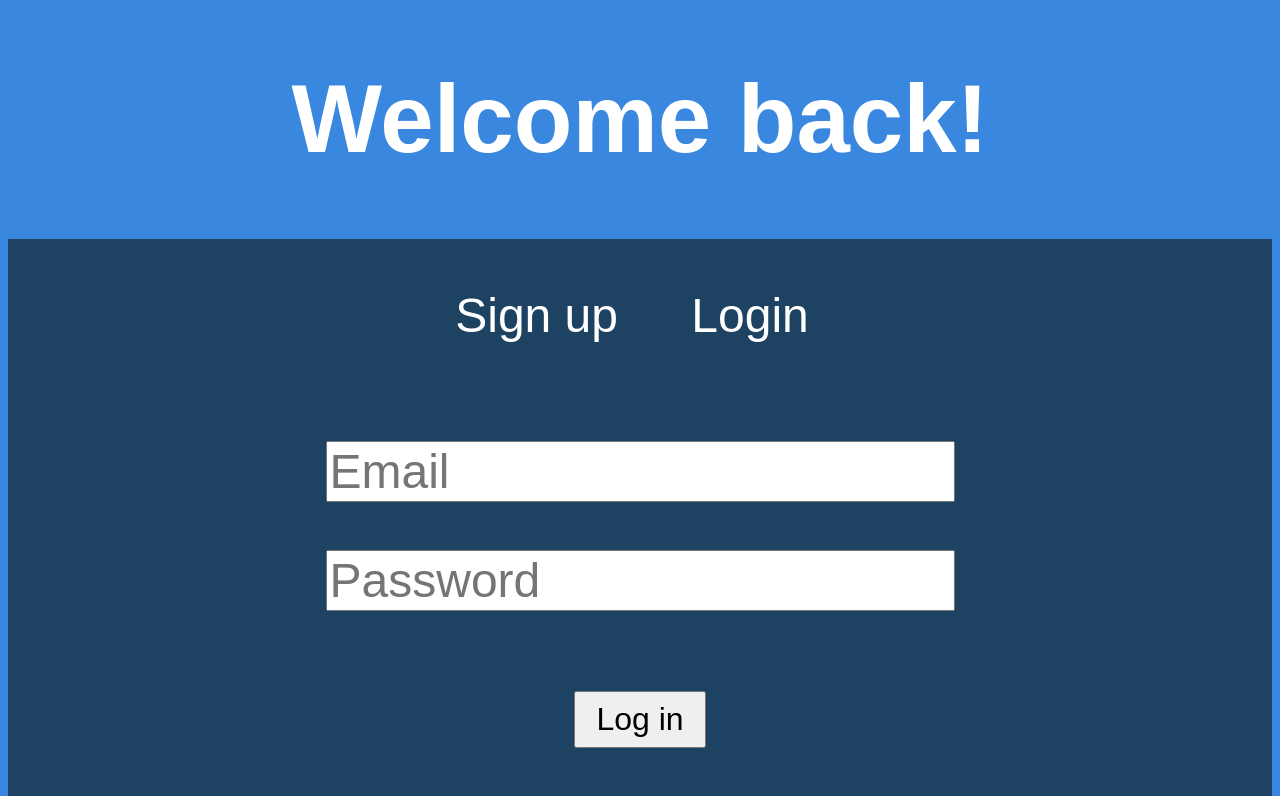
Repository: NicolasssCarlos/basic-flask-login
Page: http://localhost/
An editor plug-in stored every save of this project. The page is shown before and after the next save, followed by the edit.
The browser window is 1280 px wide. The pictures show the whole page.
The page is served by the project's application, run on Flask 3 (app.py).

Above is the page before, as saved 2025-06-11 20:43:47.

After the next save:
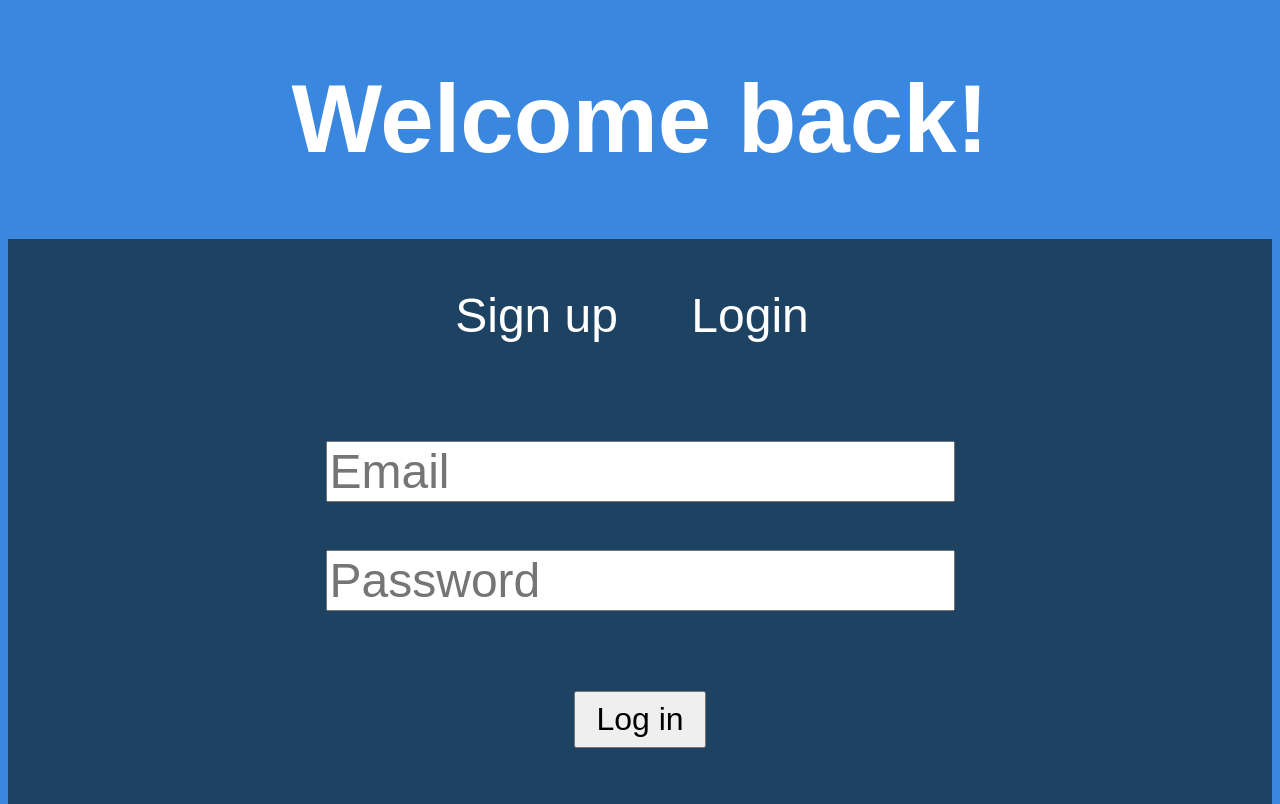
Saved 5 s later.
--- a/static/main.css
+++ b/static/main.css
@@ -120,7 +120,7 @@
     margin-top: 3rem;
 
 
-    margin-bottom: 3rem;
+    margin-bottom: 3.5rem;
 }
 
 
